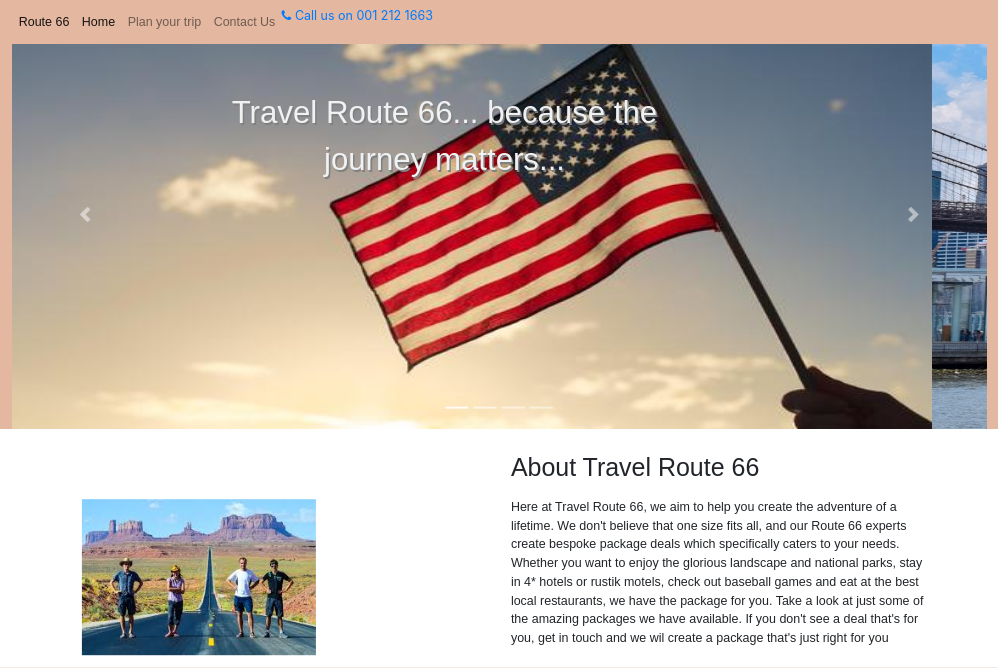
Repository: Code-Institute-Submissions/Javascript-milestone-project-2
Page: index.html
The author's editor kept a record of every edit. The page is drawn from the files as they stood at one moment, then again after the next edit.
The browser window is 1280 px wide. The pictures show the whole page, at 78% of full size.
Some web fonts or font styles are not loaded; a fallback is used. Some web libraries are served in a nearby version.

Above is the page before.

After the next edit:
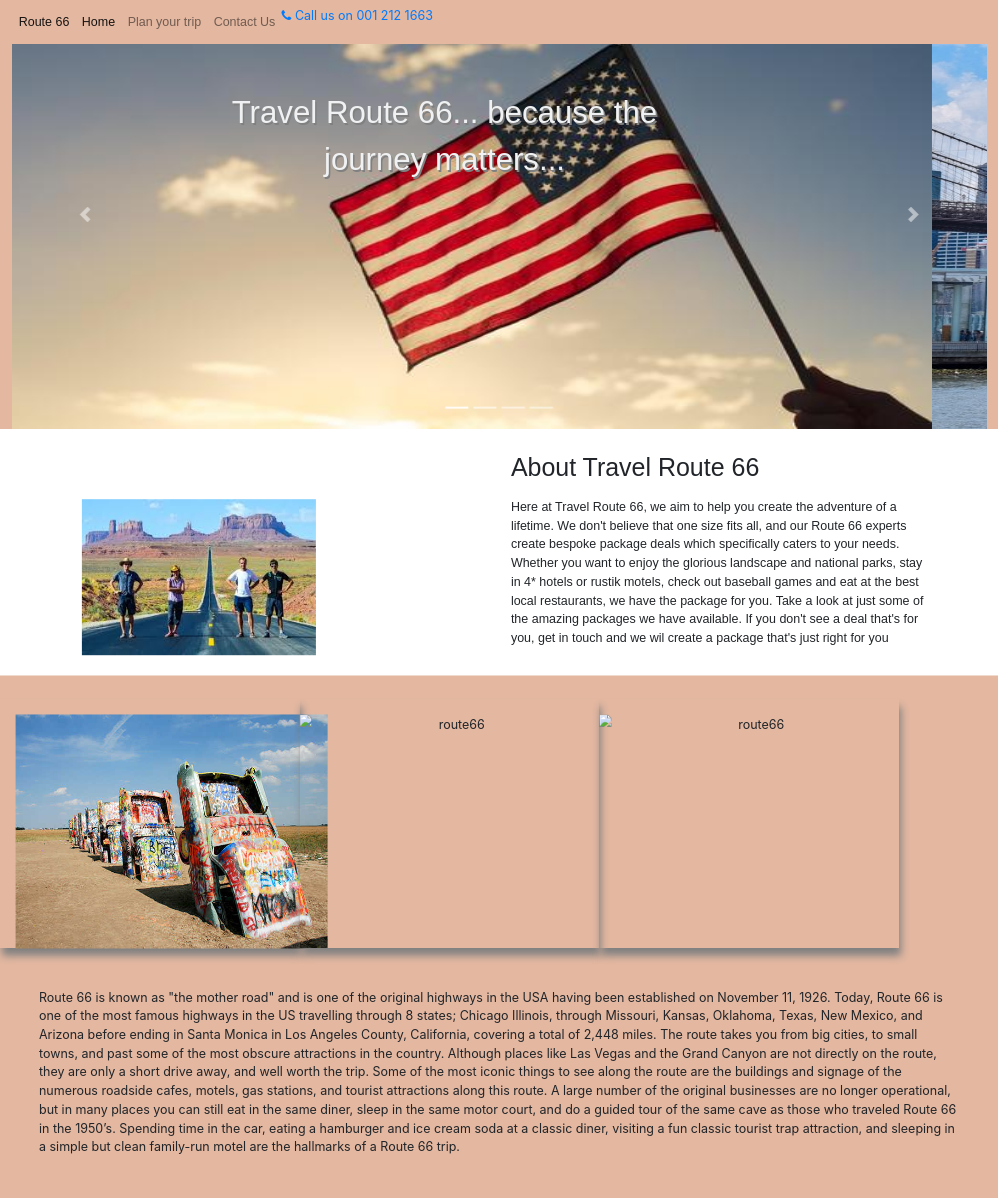
Not found: assets/images/dining.jpg
Not found: assets/images/nationalparks.jpg
The edit:
--- a/index.html
+++ b/index.html
@@ -87,12 +87,38 @@
           <p class="people2">Here at Travel Route 66, we aim to help you create the adventure of a lifetime. We don't believe that one size fits all, and our Route 66 experts create bespoke package deals which specifically caters to your needs. Whether you want to enjoy the glorious landscape and national parks, stay in 4* hotels or rustik motels,
    check out baseball games and eat at the best local restaurants, we have the package for you. Take a look at just some of the amazing packages we have available. If you don't see a deal that's for you,
    get in touch and we wil create a package that's just right for you</p>
+        </div>
+      </div>
+    </div>
 
-        </div>
+     <div class="largebox">
+    <div class="box7">
+  <img src="images/attractions.jpg" alt="route66" class="attractions">
+  <div class="overlay">
+    <div class="text">Travel in style from Chicago to Los Angeles, passing through Missouri, Kansas, Oklahoma, Texas, New Mexico, Arizona. also known as the Will Rogers Highway, the Main Street of America or the Mother Road, was one of the original highways in the U.S. Highway System. US 66 was established on November 11, 1926.</div>
+  </div>
+</div>
 
-      </div>
+<div class="box7">
+  <img src="assets/images/nationalparks.jpg" alt="route66" class="nationalparks">
+  <div class="overlay">
+    <div class="text">Travel in style from Chicago to Los Angeles, passing through Missouri, Kansas, Oklahoma, Texas, New Mexico, Arizona. also known as the Will Rogers Highway, the Main Street of America or the Mother Road, was one of the original highways in the U.S. Highway System. US 66 was established on November 11, 1926.</div>
+  </div>
+</div>
 
-    </div>
+<div class="box7">
+  <img src="assets/images/dining.jpg" alt="route66" class="dining">
+  <div class="overlay">
+    <div class="text">Travel in style from Chicago to Los Angeles, passing through Missouri, Kansas, Oklahoma, Texas, New Mexico, Arizona. also known as the Will Rogers Highway, the Main Street of America or the Mother Road, was one of the original highways in the U.S. Highway System. US 66 was established on November 11, 1926.</div>
+  </div>
+</div>
+
+<div class="box6">
+    <p class="information">Route 66 is known as "the mother road" and is one of the original highways in the USA having been established on November 11, 1926. Today, Route 66 is one of the most famous highways in the US travelling through 8 states; Chicago Illinois, through Missouri, Kansas, Oklahoma, Texas, New Mexico, and Arizona before ending in Santa Monica in Los Angeles County, California, covering a total of 2,448 miles.
+    The route takes you from big cities, to small towns, and past some of the most obscure attractions in the country. Although places like Las Vegas and the Grand Canyon are not directly on the route, they are only a short drive away, and well worth the trip. Some of the most iconic things to see along the route are the buildings and signage of the numerous roadside cafes, motels, gas stations, and tourist attractions along this route. A large number of the original businesses are no longer operational, but in many places you can still eat in the same diner, sleep in the same motor court, and do a guided tour of the same cave as those who traveled Route 66 in the 1950’s.
+    Spending time in the car, eating a hamburger and ice cream soda at a classic diner, visiting a fun classic tourist trap attraction, and sleeping in a simple but clean family-run motel are the hallmarks of a Route 66 trip.</p>
+</div>
+</div>
 
   </section>
 
